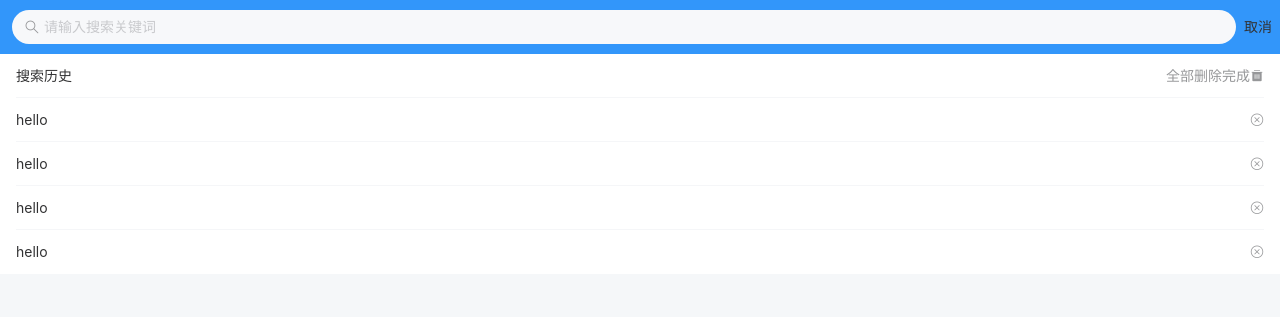
Repository: Tsukiau/toutiao-m
Page: /#/search
The author's editor kept a copy of each file at every save. The page is drawn from the files as they stood at one save, then again after the next save.
The browser window is 1280 px wide. The pictures show the whole page.
The project was rebuilt for these pictures with package versions that can differ from the ones it lists, and the page was loaded fresh each time. Also part of the build but not shown: vue.config.js, src/utils/request.js, src/api/search.js, src/views/search/components/search-suggestion.vue, src/views/search/components/search-result.vue. Imported but missing from the stored project, and not drawn on this page: src/views/home/components/channel-edit.vue.

Above is the page before, as saved 2022-10-21 15:19:09.

After the next save:
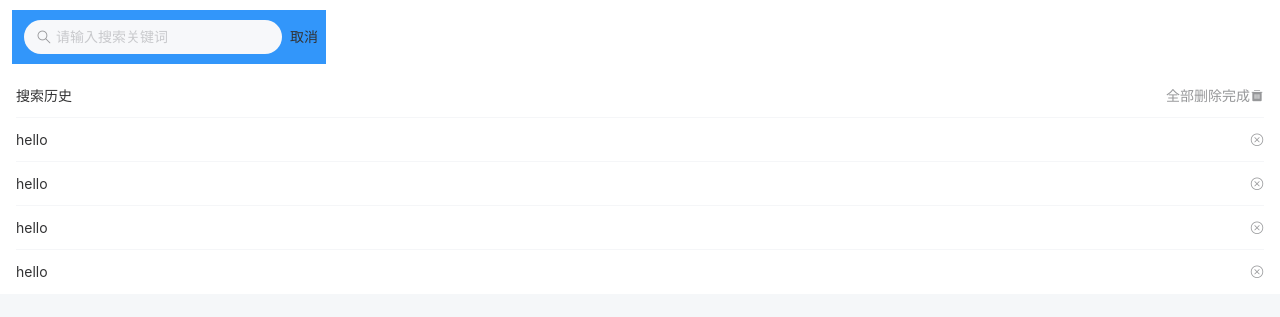
Saved 6 s later.
--- a/src/views/search/index.vue
+++ b/src/views/search/index.vue
@@ -1,8 +1,7 @@
 <template>
   <div class="search-container">
     <!-- 搜索栏》事件监听 -->
-    <form action="/">
-
+    <form action="/" class="van-search">
       <van-search
         v-model="searchText"
         show-action
